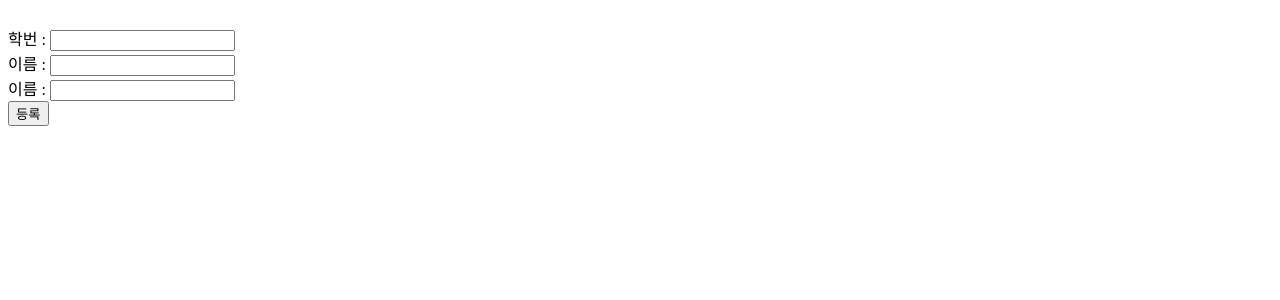
Repository: hyungryuk-zz/JAVA_CLASS
Page: http://localhost/JavaEEPrj/broker/resCustomer.jsp
The author's editor kept a copy of each file at every save. The page is drawn from the files as they stood at one save, then again after the next save.
The browser window is 1280 px wide. The pictures show the whole page.
The page is served by Tomcat 9.

Above is the page before, as saved 2017-07-24 06:16:28.

After the next save:
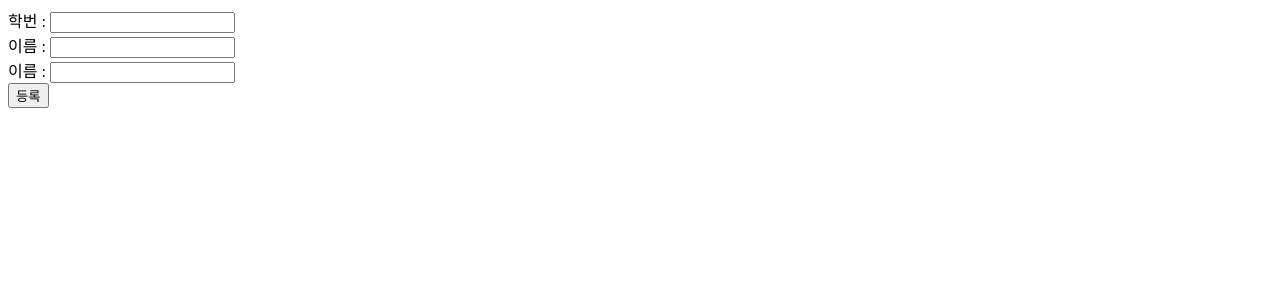
Saved 7 s later.
--- a/JavaEEPrj/WebContent/broker/resCustomer.jsp
+++ b/JavaEEPrj/WebContent/broker/resCustomer.jsp
@@ -8,7 +8,6 @@
 </head>
 <body>
 	<form method="POST" action="broker?cmd=resCustommer">
-		<input type="hidden" name="cmd" value ="resCustommer"><br>
 		학번 : <input type="number" name="ssn"><br>
 		이름 : <input type="text" name = "name"><br>
 		이름 : <input type="text" name = "addr"><br>
